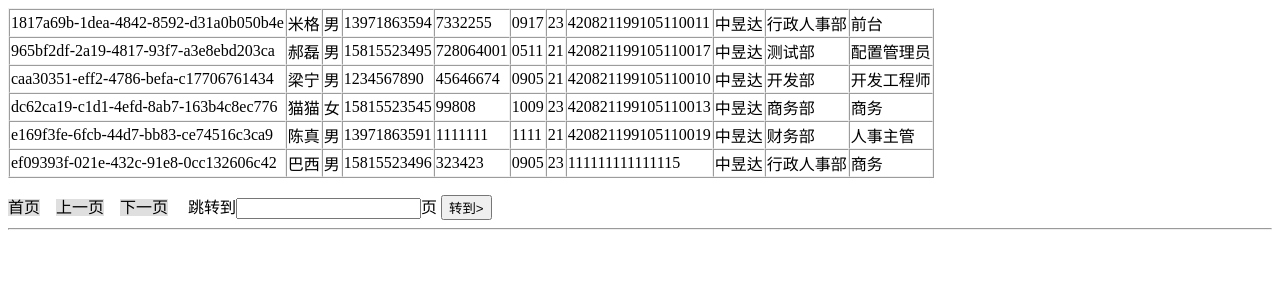
Repository: 728064001/MyProject
Page: http://localhost/CMS/test.jsp
These files come from the project's save history. The page is drawn as it stood at one moment and after the next save; the edit follows.
The browser window is 1280 px wide. The pictures show the whole page.
The page is served by Tomcat 9. Other server files are loaded and not shown.

Above is the page before, as saved 2013-08-07 11:42:34.

### cms-server-code/CMS/WebRoot/test.jsp
<%@ page language="java" import="java.util.*" pageEncoding="UTF-8"%>
<%
String path = request.getContextPath();
String basePath = request.getScheme()+"://"+request.getServerName()+":"+request.getServerPort()+path+"/";
%>

<!DOCTYPE HTML PUBLIC "-//W3C//DTD HTML 4.01 Transitional//EN">
<html>
  <head>
    <base href="<%=basePath%>">

    <title>jquery创建表格</title>

	<meta http-equiv="pragma" content="no-cache">
	<meta http-equiv="cache-control" content="no-cache">
	<meta http-equiv="expires" content="0">
	<meta http-equiv="keywords" content="keyword1,keyword2,keyword3">
	<meta http-equiv="description" content="This is my page">
	<!--
	<link rel="stylesheet" type="text/css" href="styles.css">
	-->
		<script type="text/javascript" src="js/jquery-1.10.1.js">	</script>
	</head>

	<body>
		<script type="text/javascript">
	var j = {
		"countnum":6,
		"personinfo":[{"uuid":"1817a69b-1dea-4842-8592-d31a0b050b4e","username":"米格","sex":"男","tel":"13971863594","icq":"7332255","brithday":"0917","age":23,"card":"420821199105110011","company":"中昱达","dep":"行政人事部","post":"前台"},
		{"uuid":"965bf2df-2a19-4817-93f7-a3e8ebd203ca","username":"郝磊","sex":"男","tel":"15815523495","icq":"728064001","brithday":"0511","age":21,"card":"420821199105110017","company":"中昱达","dep":"测试部","post":"配置管理员"},
		{"uuid":"caa30351-eff2-4786-befa-c17706761434","username":"梁宁","sex":"男","tel":"1234567890","icq":"45646674","brithday":"0905","age":21,"card":"420821199105110010","company":"中昱达","dep":"开发部","post":"开发工程师"},
		{"uuid":"dc62ca19-c1d1-4efd-8ab7-163b4c8ec776","username":"猫猫","sex":"女","tel":"15815523545","icq":"99808","brithday":"1009","age":23,"card":"420821199105110013","company":"中昱达","dep":"商务部","post":"商务"},
		{"uuid":"e169f3fe-6fcb-44d7-bb83-ce74516c3ca9","username":"陈真","sex":"男","tel":"13971863591","icq":"1111111","brithday":"1111","age":21,"card":"420821199105110019","company":"中昱达","dep":"财务部","post":"人事主管"},
		{"uuid":"ef09393f-021e-432c-91e8-0cc132606c42","username":"巴西","sex":"男","tel":"15815523496","icq":"323423","brithday":"0905","age":23,"card":"111111111111115","company":"中昱达","dep":"行政人事部","post":"商务"}]
	}


	$(function(){

			//alert(j.personinfo[1].uuid);

			var pagem = 6;//每页显示行

			var dom_table = $("<table></table>");
			dom_table.attr("border","1px");
			dom_table.attr("cellspacing","0px");
			dom_table.attr("id","tab");
			dom_table.css("border-color","#F0F0F0","border-width","1px","border-style","solid");



			var tharray  = new Array("uuid","姓名","性别","电话","QQ","生日","年龄","身份证","公司","部门","职位");
			var tharraylen = tharray.length;

			var th_table = $("<table></table>");
			var tr_th = $("<tr></tr>");
			tr_th.css("background","#DFDFDF");
			for(var x = 0;x<tharraylen;x++){
				var th = $("<th></th>");
				th.append(tharray[x]);
				tr_th.append(th);
			}
		    th_table.append(tr_th);


		    for (var o = 0; o < j.countnum; o++) {
		       var dom_tr = $("<tr></tr>");
		        for (var i = 0; i < tharraylen; i++) {
		            var dom_td = $("<td ></td>");
		           var cellarray = Array(j.personinfo[o].uuid,j.personinfo[o].username,j.personinfo[o].sex,j.personinfo[o].tel,j.personinfo[o].icq,j.personinfo[o].brithday,j.personinfo[o].age,j.personinfo[o].card,j.personinfo[o].company,j.personinfo[o].dep,j.personinfo[o].post);

		            dom_td.append(cellarray[i]);
		            dom_tr.append(dom_td);
		        }
		        dom_table.append(dom_tr);
		    }
		    $("#t").append(dom_table);
		    $("table tr").bind("dblclick",function(){
				alert('success');
			});
		   //

		    //添加分页栏
		    var pages = Math.floor((j.countnum)/pagem);
		   if((j.countnum)%pagem!=0){
		   	pages+=1;
		   }
		   // alert(pages);
		   $("#mainpa").css("background","#DFDFDF");
		   $("#uppa").css("background","#DFDFDF");
		   $("#downpa").css("background","#DFDFDF");

		});
		</script>
		<div id="t" ></div><p></p>
		<span id="f" ><a id='mainpa'>首页</a>&nbsp;&nbsp;&nbsp;&nbsp;<a id='uppa'>上一页</a>&nbsp;&nbsp;&nbsp;&nbsp;<a id='downpa'>下一页</a>&nbsp;&nbsp;&nbsp;&nbsp;
		跳转到<input type="text" width="80px" />页&nbsp;<input type="button" value="转到>"/>
		</span><hr/>
	</body>
</html>

Loaded but not shown: cms-server-code/CMS/WebRoot/js/jquery-1.10.1.js (library)

After the next save:
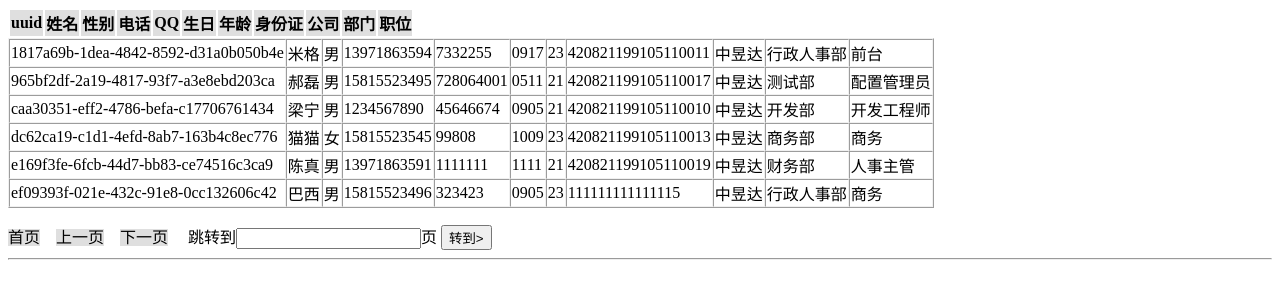
Saved 29 s later.
--- a/cms-server-code/CMS/WebRoot/test.jsp
+++ b/cms-server-code/CMS/WebRoot/test.jsp
@@ -74,6 +74,7 @@ String basePath = request.getScheme()+"://"+request.getServerName()+":"+request.
 		        }
 		        dom_table.append(dom_tr);
 		    }
+		     $("#t").append(th_table);
 		    $("#t").append(dom_table);
 		    $("table tr").bind("dblclick",function(){
 				alert('success');
